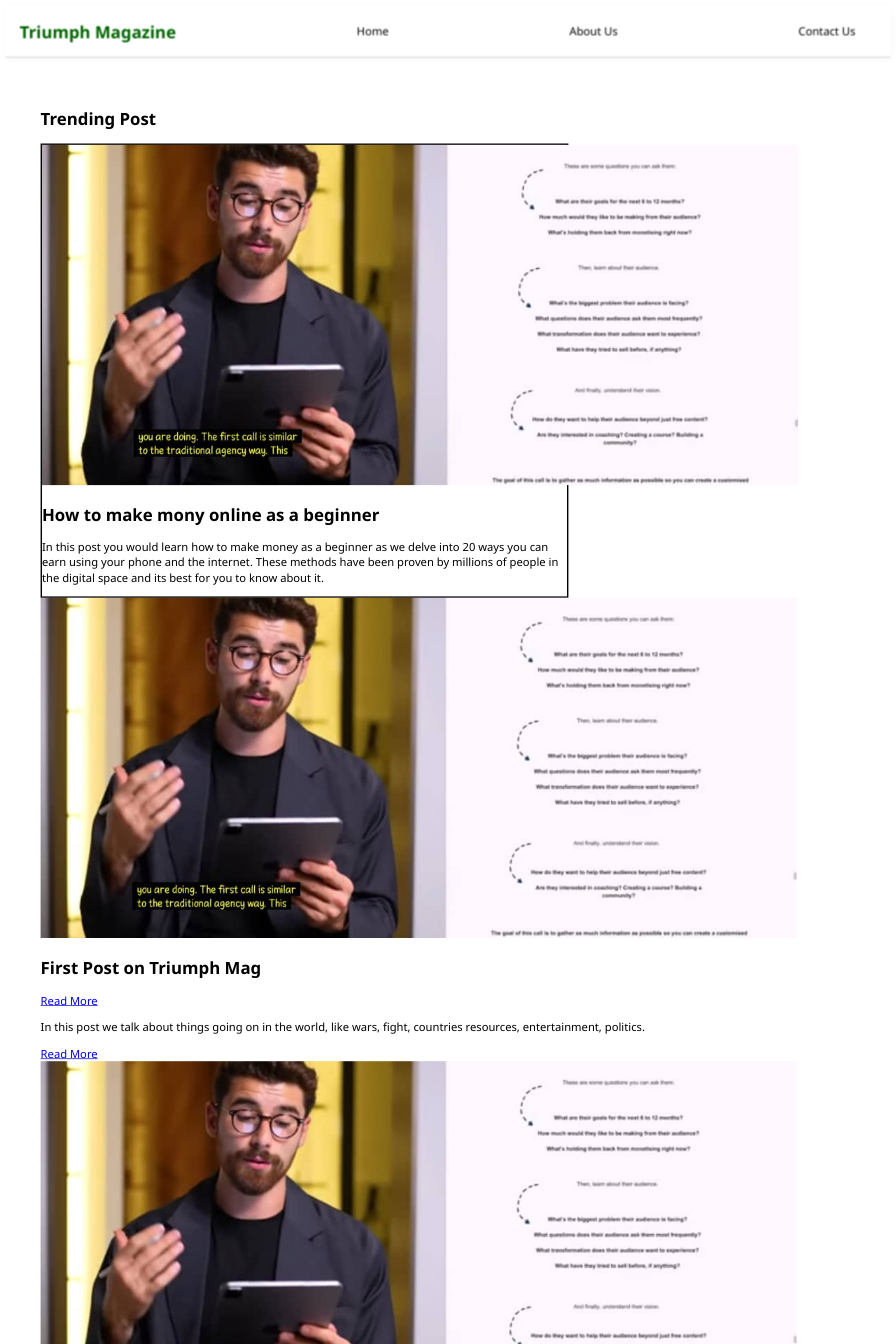
Repository: zikcolle/Triumph-Blog
Page: index.html
An editor plug-in stored every save of this project. The page is shown before and after the next save, followed by the edit.
The browser window is 1280 px wide. The pictures show the part of the page from y = 0 to 1920 px (the page is 5455 px tall), at 70% of full size.

Above is the page before, as saved 2026-06-20 15:44:54.

After the next save:
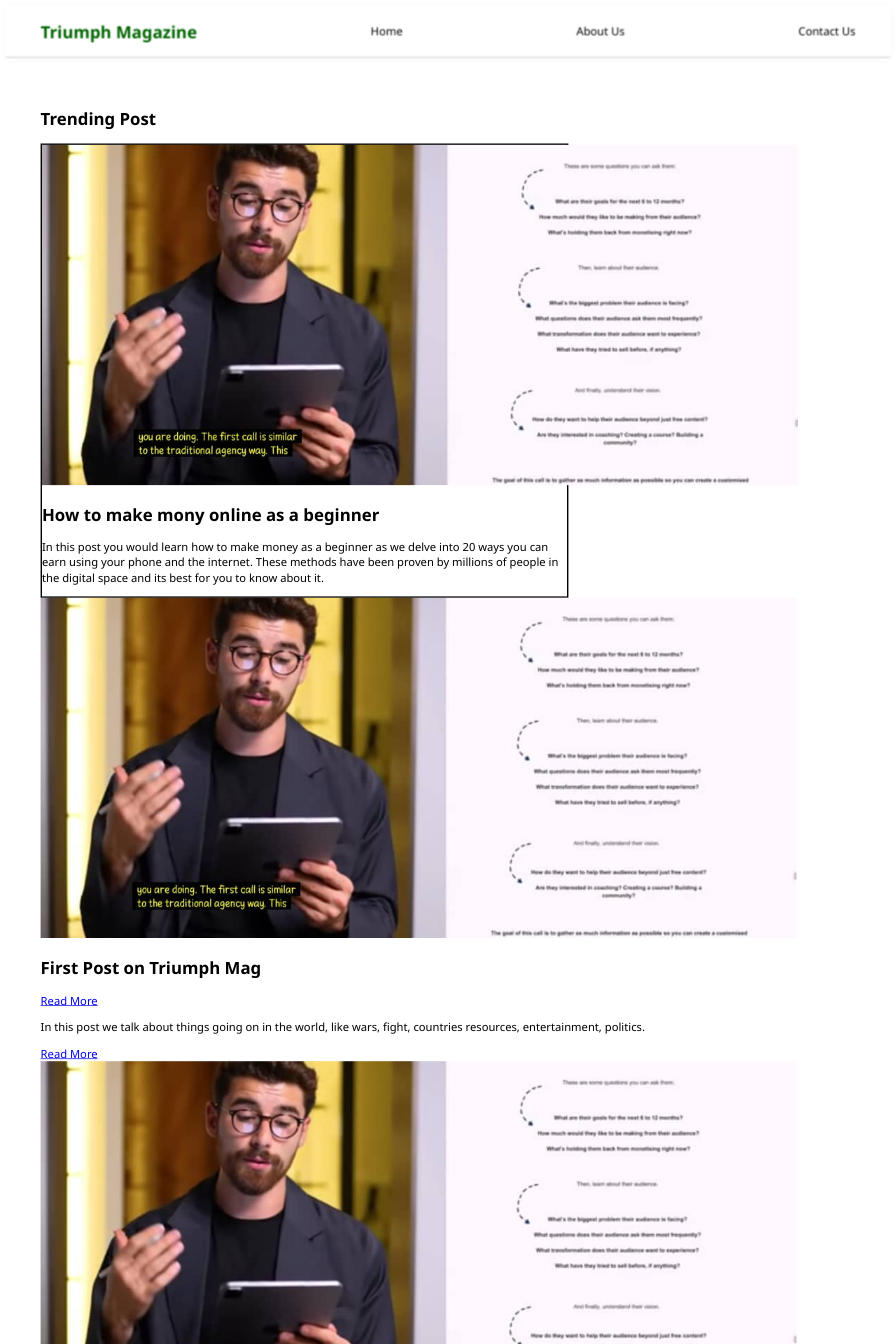
Saved 8 s later.
--- a/styles.css
+++ b/styles.css
@@ -9,7 +9,7 @@ header {
     justify-content: space-between;
     align-items: center;
     margin: 0 auto;
-    padding: 0 50px 0 20px;
+    padding: 0 50px 0 50px;
     background-color: rgba(255,255,255,0.92);
     border-bottom: 1px solid rgba(0, 0, 0, 0.213);
     backdrop-filter: blur(20px) saturate(180%);
